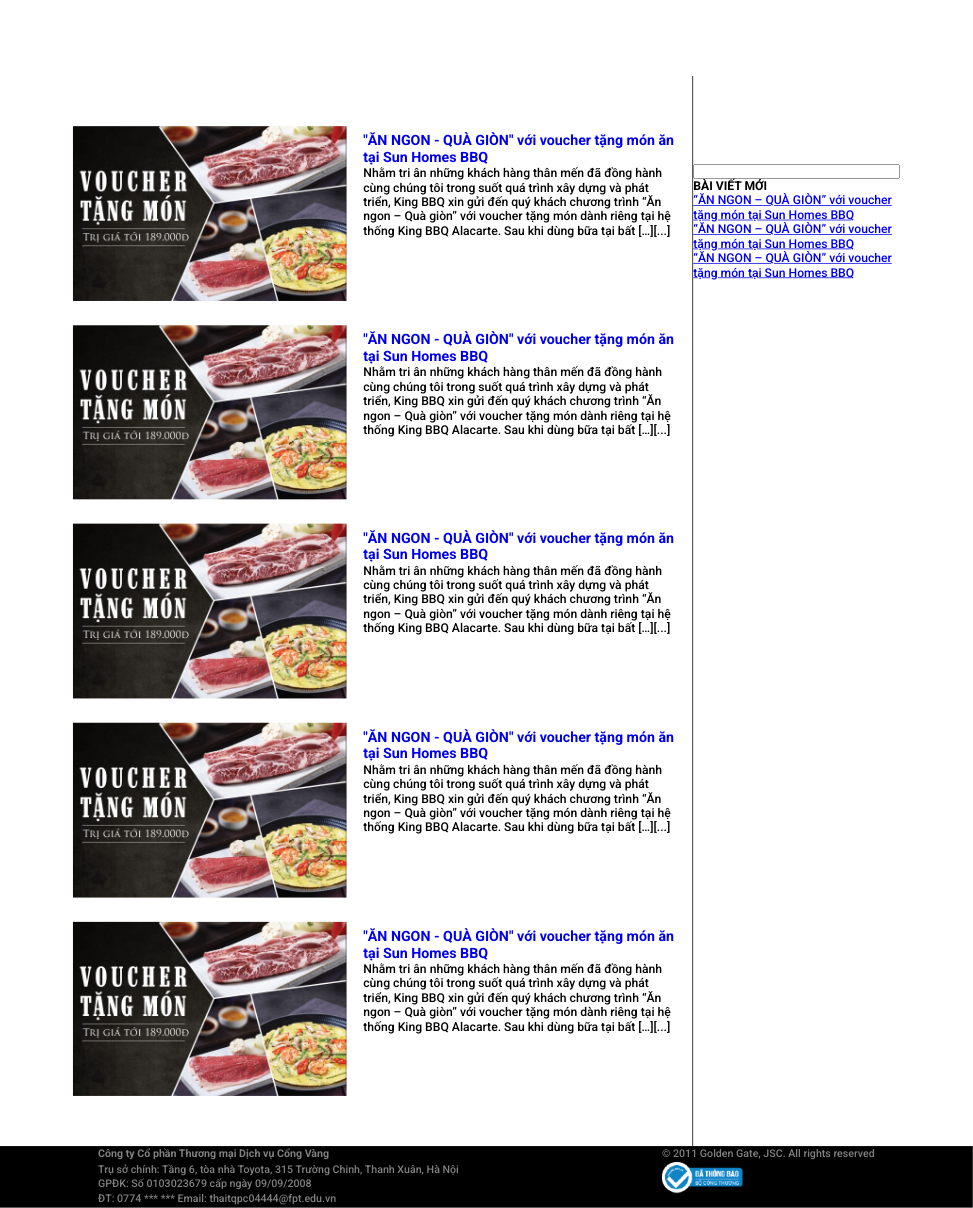
Repository: QUANGTHAI2003/sunhomesbbq
Page: TinTuc.html
These files come from the project's save history. The page is drawn as it stood at one moment and after the next save; the edit follows.
The browser window is 1280 px wide. The pictures show the whole page, at 76% of full size.
Some web fonts or font styles are not loaded; a fallback is used.

Above is the page before, as saved 2022-02-15 15:29:17.

### TinTuc.html
<!DOCTYPE html>
<html lang="en">
<head>
    <meta charset="UTF-8">
    <meta http-equiv="X-UA-Compatible" content="IE=edge">
    <meta name="viewport" content="width=device-width, initial-scale=1.0">
    <link href='https://unpkg.com/boxicons@2.1.1/css/boxicons.min.css' rel='stylesheet'>
    <link href="https://fonts.googleapis.com/css2?family=Roboto:wght@300;500;700&display=swap" rel="stylesheet">
    <link href="https://fonts.googleapis.com/css2?family=Berkshire+Swash&display=swap" rel="stylesheet">
    <link rel="stylesheet" href="style.css">
    <title>Document</title>
</head>
<body>
    <div class="main">
        <div class="TT">
            <div class="news">
                <div class="post">
                    <img src="./img/news1.jpg" alt="">
                    <div class="content-news">
                        <a href="#">
                            <h3 class="heading-TT">"ĂN NGON - QUÀ GIÒN" với voucher tặng món ăn tại Sun Homes BBQ</h3>
                        </a>
                        <p>Nhằm tri ân những khách hàng thân mến đã đồng hành cùng chúng tôi trong suốt quá trình xây dựng và phát triển, King BBQ
                        xin gửi đến quý khách chương trình “Ăn ngon – Quà giòn” với voucher tặng món dành riêng tại hệ thống King BBQ Alacarte.
                        Sau khi dùng bữa tại bất […][...]</p>
                    </div>
                </div>
                <div class="post">
                    <img src="./img/news1.jpg" alt="">
                    <div class="content-news">
                        <a href="#">
                            <h3 class="heading-TT">"ĂN NGON - QUÀ GIÒN" với voucher tặng món ăn tại Sun Homes BBQ</h3>
                        </a>
                        <p>Nhằm tri ân những khách hàng thân mến đã đồng hành cùng chúng tôi trong suốt quá trình xây dựng và phát triển,
                            King BBQ
                            xin gửi đến quý khách chương trình “Ăn ngon – Quà giòn” với voucher tặng món dành riêng tại hệ thống King BBQ
                            Alacarte.
                            Sau khi dùng bữa tại bất […][...]</p>
                    </div>
                </div>
                <div class="post">
                    <img src="./img/news1.jpg" alt="">
                    <div class="content-news">
                        <a href="#">
                            <h3 class="heading-TT">"ĂN NGON - QUÀ GIÒN" với voucher tặng món ăn tại Sun Homes BBQ</h3>
                        </a>
                        <p>Nhằm tri ân những khách hàng thân mến đã đồng hành cùng chúng tôi trong suốt quá trình xây dựng và phát triển,
                            King BBQ
                            xin gửi đến quý khách chương trình “Ăn ngon – Quà giòn” với voucher tặng món dành riêng tại hệ thống King BBQ
                            Alacarte.
                            Sau khi dùng bữa tại bất […][...]</p>
                    </div>
                </div>
                <div class="post">
                    <img src="./img/news1.jpg" alt="">
                    <div class="content-news">
                        <a href="#">
                            <h3 class="heading-TT">"ĂN NGON - QUÀ GIÒN" với voucher tặng món ăn tại Sun Homes BBQ</h3>
                        </a>
                        <p>Nhằm tri ân những khách hàng thân mến đã đồng hành cùng chúng tôi trong suốt quá trình xây dựng và phát triển,
                            King BBQ
                            xin gửi đến quý khách chương trình “Ăn ngon – Quà giòn” với voucher tặng món dành riêng tại hệ thống King BBQ
                            Alacarte.
                            Sau khi dùng bữa tại bất […][...]</p>
                    </div>
                </div>
                <div class="post">
                    <img src="./img/news1.jpg" alt="">
                    <div class="content-news">
                        <a href="#">
                            <h3 class="heading-TT">"ĂN NGON - QUÀ GIÒN" với voucher tặng món ăn tại Sun Homes BBQ</h3>
                        </a>
                        <p>Nhằm tri ân những khách hàng thân mến đã đồng hành cùng chúng tôi trong suốt quá trình xây dựng và phát triển,
                            King BBQ
                            xin gửi đến quý khách chương trình “Ăn ngon – Quà giòn” với voucher tặng món dành riêng tại hệ thống King BBQ
                            Alacarte.
                            Sau khi dùng bữa tại bất […][...]</p>
                    </div>
                </div>
            </div>
            <div class="search-news">
                <input type="search" name="" id="">
                <p><strong>BÀI VIẾT MỚI</strong></p>
                <a href="#">“ĂN NGON – QUÀ GIÒN” với voucher tặng món tại Sun Homes BBQ</a>
                <a href="#">“ĂN NGON – QUÀ GIÒN” với voucher tặng món tại Sun Homes BBQ</a>
                <a href="#">“ĂN NGON – QUÀ GIÒN” với voucher tặng món tại Sun Homes BBQ</a>
            </div>
        </div>
    </div>
    <div class="footer">
        <div class="copyright">
            <div class="address">
                <b>Công ty Cổ phần Thương mại Dịch vụ Cổng Vàng</b> <br>
                Trụ sở chính: Tầng 6, tòa nhà Toyota, 315 Trường Chinh, Thanh Xuân, Hà Nội <br>
                GPĐK: Số 0103023679 cấp ngày 09/09/2008 <br>
                ĐT: 0774 *** *** Email: thaitqpc04444@fpt.edu.vn <br>
            </div>
            <div class="logo-footer">
                © 2011 Golden Gate, JSC. All rights reserved <br>
                <img src="img/logo.png" alt="">
            </div>
        </div>
    </div>
</body>
</html>

### style.css
* {
    margin: 0;
    padding: 0;
    box-sizing: border-box;
}

html {
    scroll-behavior: smooth;
    font-family: 'Roboto', sans-serif;
}
.container {
    overflow: hidden;
}

.header {
    height: 100px;
    background-color: #000;
    position: fixed;
    top: 0;
    right: 0;
    left: 0;
}

.header img {
    padding: 8px;
    width: 350px;
}
/* Navigation bar */

.nav {
    max-width: 85%;
    display: flex;
    flex-wrap: wrap;
}

#logo {
    float: left;
    padding: 0 100px;
}

@media screen and (max-width: 1400px) {
    #logo {
        padding: 6px 50px;
    }
    .header img {
        width: 300px;
    }
    .nav a {
        font-size: 14px;
    }
}

.nav > ul {
    flex-wrap: wrap;
}

.nav li {
    list-style: none;
    line-height: 100px;
    font-weight: 500;
}

.nav li a {
    color: #c6c6c6;
    padding: 6px 15px;
    text-decoration: none;
}
.nav li a:active,
.nav li a:hover {
    color: #f3e385;
    font-weight: bold;
}
.nav li:active a {
    color: #f3e385;
    font-weight: bold;
}

.nav li:last-child a {
    border: 1px solid #c6c6c6;
    border-radius: 5px;
    text-transform: none;
}

.nav li:last-child a:hover {
    background-color: #f3e385;
    color: #000;
}
/* Content */
.content {
    height: 100vh;
}

.section-heading {
    font-family: 'Berkshire Swash', cursive;
    font-size: 30px;
    letter-spacing: 2px;
    word-spacing: 8px;
}

.content-section-sunhomes {
    display: flex;
    max-width: 85%;
    background-size: cover;
    background-position: 50% 50%;
    margin: 0 auto;
    padding: 24px;
}

.section-left-sunhomes {
    padding: 0 15px 30px;
    width: 50%;
}

.section-left-sunhomes .section-heading {
    font-size: 50px;
    margin: 0 0 15px;
}

.section-left-sunhomes .section-content {
    font-size: 16px;
    margin: 0 0 20px;
    line-height: 1.4;
    color: #777777;
}

.section-left-sunhomes .section-content span {
    font-weight: 700;
}
.section-images-sunhomes {
    flex-basis: 50%;
}

.section-images-sunhomes img {
    width: 300px;
    height: 400px;
    flex-basis: 50%;
    padding: 15px;
}

@media screen and (max-width: 1480px) {
    .section-images-sunhomes img {
        width: 280px;
    }
}

@media screen and (max-width: 1400px) {
    .section-images-sunhomes img {
        width: 250px;
    }
}

@media screen and (max-width: 1280px) {
    .section-images-sunhomes img {
        width: 200px;
    }
}

.img-1 {
    display: inline-block;
    overflow: hidden;
    position: relative;
}

.img-1 img {
    transition: all 0.5s ease-in-out;
}

.img-1:hover img {
    -webkit-transform: scale(1.1);
    transform: scale(1.1);
}

.img-2 {
    display: inline-block;
    overflow: hidden;
    position: relative;
}

.img-2 img {
    transition: all 0.5s ease-in-out;
}

.img-2:hover img {
    -webkit-transform: scale(1.1);
    transform: scale(1.1);
}

.content-section-menu {
    display: flex;
    max-width: 85%;
    background-size: cover;
    background-position: 50% 50%;
    margin: 0 auto;
    padding: 24px;
}
.section-images-menu {
    display: flex;
}

.section-right-menu {
    flex: 1;
    padding: 30px 30px;
}

.section-right-menu .section-heading {
    color: #c0c0c0;
    font-size: 50px;
    margin: 0 15px;
}

.section-right-menu .section-content {
    font-size: 16px;
    margin: 0 20px;
    line-height: 1.4;
    color: #777777;
}

.section-right-menu .section-content span {
    font-weight: 700;
}
.section-images-menu {
    flex: 1;
}

.img-3 {
    filter: grayscale(100%);
}

.img-3:hover {
    filter: grayscale(0%);
    transition: 0.8s;
}

.img-4 {
    filter: grayscale(100%);
}

.img-4:hover {
    filter: grayscale(0%);
    transition: 0.8s;
}

.img-5 {
    filter: grayscale(100%);
}

.img-5:hover {
    filter: grayscale(0%);
    transition: 0.8s;
}

.img-6 {
    filter: grayscale(100%);
}

.img-6:hover {
    filter: grayscale(0%);
    transition: 0.8s;
}

.section-images-menu img {
    width: 280px;
    height: 200px;
    flex-basis: 25%;
    padding: 15px;
}

.bg-menu {
    background-color: #000;
    height: 480px;
}

.btn-menu {
    display: inline-block;
    color: #c0c0c0;
    font-size: 18px;
    padding: 10px 20px;
    border: 1px solid #c6c6c6;
    border-radius: 5px;
    text-transform: none;
    margin: 12px 20px;
}

.btn-menu:hover {
    color: #555;
    background: #ccc;
    font-weight: bold;
}

.btn-menu .icon-menu {
    color: #c0c0c0;
    font-size: 16px;
}

.btn-menu:hover .icon-menu {
    color: #555;
    background: #ccc;
    font-weight: bold;
}

.icon-menu:hover {
    color: #ccc;
    background: #000;
}

.btn-res {
    display: inline-block;
    color: #727272;
    font-size: 18px;
    padding: 10px 20px;
    border: 1px solid #727272;
    border-radius: 5px;
    text-transform: none;
    font-weight: bold;
}

.btn-res:hover {
    color: #ccc;
    background: #555;
    font-weight: bold;
}

.btn-res .icon-menu {
    color: #000;
    font-size: 16px;
}

/* Footer */
.footer {
    background: #000;
    font-size: 14px;
    line-height: 1.4;
}

.copyright {
    display: flex;
    max-width: 80%;
    margin: 0 auto;
    justify-content: space-between;
    color: #ffffff80;
    padding: 1px;
    bottom: 0;
    top: 0;
}

.sign-now {
    background: url(./img/banner.jpg);
    background-color: rgba(0, 0, 0, 0.84);
    width: 100%;
    height: 100px;
    background-size: 100%;
}

.endow {
    max-width: 80%;
    margin: 0 auto;
    opacity: 1;
}

.sign-now span {
    color: black;
    line-height: 100px;
    margin: 0 20px;
    font-size: 18px;
    font-weight: 500;
}

.sign-now .endow #Email {
    width: 360px;
    height: 40px;
    border-radius: 20px;
    padding: 0 15px;
    margin: 0 5px 0 120px;
    background: rgba(204, 204, 204, 0.4);
    outline: none;
}

.sign-now .endow #Email::placeholder {
    color: #fff;
    font-size: 18px;
}

.sign-now .endow #sign {
    width: 150px;
    height: 40px;
    border-radius: 8px;
    background: #f3e385;
}

.sign-now .endow #sign::placeholder {
    color: #000;
    font-size: 18px;
    font-weight: bold;
}

.sign-now .endow #sign:hover {
    opacity: 0.8;
}

@media screen and (max-width: 1400px) {
    .sign-now span {
        font-size: 16px;
    }

    .sign-now .endow #Email {
        margin: 0 5px 0 60px;
        width: 200px;
    }

    .sign-now .endow #sign {
        width: 120px;
    }
}

.brand {
    display: flex;
    height: 100px;
    justify-content: space-between;
    align-items: center;
    margin: 0 auto;
    max-width: 85%;
}

.brand img {
    width: 8%;
    height: 50px;
}

.brand1 {
    filter: grayscale(100%);
}

.brand1:hover {
    filter: grayscale(0%);
    transition: 0.8s;
}

.brand2 {
    filter: grayscale(100%);
}

.brand2:hover {
    filter: grayscale(0%);
    transition: 0.8s;
}

.brand3 {
    filter: grayscale(100%);
}

.brand3:hover {
    filter: grayscale(0%);
    transition: 0.8s;
}

.brand4 {
    filter: grayscale(100%);
}

.brand4:hover {
    filter: grayscale(0%);
    transition: 0.8s;
}

.brand5 {
    filter: grayscale(100%);
}

.brand5:hover {
    filter: grayscale(0%);
    transition: 0.8s;
}

.brand6 {
    filter: grayscale(100%);
}

.brand6:hover {
    filter: grayscale(0%);
    transition: 0.8s;
}

.brand7 {
    filter: grayscale(100%);
}

.brand7:hover {
    filter: grayscale(0%);
    transition: 0.8s;
}

.brand8 {
    filter: grayscale(100%);
}

.brand8:hover {
    filter: grayscale(0%);
    transition: 0.8s;
}

.brand9 {
    filter: grayscale(100%);
}

.brand9:hover {
    filter: grayscale(0%);
    transition: 0.8s;
}

.brand10 {
    filter: grayscale(100%);
}

.brand10:hover {
    filter: grayscale(0%);
    transition: 0.8s;
}

#myBtn {
    position: fixed;
    bottom: 30px;
    right: 10px;
    float: right;
    right: 5%;
    left: 95%;
    max-width: 30px;
    width: 80px;
    height: 30px;
    font-size: 20px;
    border-color: rgba(85, 85, 85, 0.2);
    background-color: rgb(100, 100, 100);
    padding: 1px;
    border-radius: 60px;
}

.arrow {
    font-size: 20px;
    padding: 1px 0;
}

#myBtn:hover {
    opacity: 0.8;
}

/* Gioi Thieu */
.wrapper {
    display: flex;
    max-width: 85%;
    margin: 0 auto;
}

.heading-GT {
    display: inline-block;
    font-size: 24px;
    padding: 10px 90px;
    font-weight: bold;
}

.para-GT {
    line-height: 1.4;
    margin: 20px 0;
    color: #777777;
}

.Gioi-Thieu1,
.Gioi-Thieu2 {
    width: 600px;
    margin: 30px 30px;
}

.Gioi-Thieu1 img,
.Gioi-Thieu2 img {
    width: 600px;
}

@media screen and (max-width: 1400px) {
    .Gioi-Thieu1,
    .Gioi-Thieu2 {
        width: 500px;
        margin: 30px 15px;
    }

    .Gioi-Thieu1 img,
    .Gioi-Thieu2 img {
        width: 500px;
    }

    .heading-GT {
        display: inline-block;
        font-size: 20px;
        padding: 10px 70px;
        font-weight: bold;
    }
}

/* Dat Ban */

.DB {
    display: flex;
}

.set-table {
    margin: 30px 12px;
    flex: 1;
}

.set-table p {
    margin: 16px 0;
}

.set-table ul {
    list-style: none;
    margin-bottom: 80px;
}

.set-table ul li {
    margin: 8px 0;
    padding: 6px;
    border-bottom: 1px solid rgba(0, 0, 0, 0.4);
    color: #777777;
    font-size: 16px;
}

.set-table ul li .arrow-right {
    margin-right: 6px;
}

.heading-DB {
    font-size: 40px;
    font-family: 'Berkshire Swash';
}

.set-table-info {
    margin: 25px 12px 15px;
    flex: 1;
}

.set-table-info input {
    border: 1px solid #c6c6c6;
    display: inline-block;
    width: 90%;
    height: 40px;
    margin: 8px 0;
    border-radius: 4px;
    padding: 0 5px;
    outline: none;
    box-shadow: rgba(0, 0, 0, 0.35) 0px 5px 15px;
}

.set-table-info input:focus {
    box-shadow: inset rgba(0, 0, 0, 0.35) 0px 5px 15px;
}

.wrapper .set-table-info #sign {
    width: 140px;
    background-color: #f3e385;
    font-size: 16px;
}

.wrapper .set-table-info #sign:hover {
    box-shadow: inset rgba(0, 0, 0, 0.35) 0px 5px 15px;
    opacity: 0.8;
    cursor: pointer;
    font-weight: bold;
}

/* Thuc don */

.heading-menu {
    display: inline-block;
    position: relative;
    left: 50%;
    transform: translateX(-50%);
    font-size: 36px;
    font-weight: bold;
    padding: 24px;
}

.heading-food {
    margin: 10px 12px;
    font-size: 26px;
    font-weight: bold;
}

.contain {
    width: 85%;
    margin: 0 auto;
    padding: 40px;
    border: 1px solid #c6c6c6;
}

.menu-foods {
    display: flex;
    flex-wrap: wrap;
}

.menu-food {
    width: 360px;
    height: 200px;
    margin: 0 20px 520px 20px;
}

.menu-food .food {
    width: 380px;
    border-radius: 4px;
}

.list-food ul {
    list-style: none;
}

.list-food ul li {
    font-size: 18px;
    border-bottom: 1px solid rgba(148, 134, 134, 0.26);
    padding: 5px 0;
}

.list-food ul li .bx-check {
    margin: 0 8px;
    color: rgba(16, 134, 5, 0.6);
    font-weight: bold;
    font-size: 24px;
}

/* Tuyen dung */

.TD {
    display: flex;
    margin-bottom: 10px;
}

.heading-recruit {
    font-size: 40px;
    font-weight: bold;
    font-family: 'Berkshire Swash';
    padding-top: 20px;
}

.recruit {
    flex: 1;
    margin-right: 30px;
    display: inline-block;
}

.recruit p {
    padding-top: 20px;
    color: #777777;
}

.recruit ul {
    padding-top: 20px;
    list-style: none;
}

.recruit ul li {
    padding: 6px;
    margin: 8px 0;
    border-bottom: 1px solid rgba(0, 0, 0, 0.4);
    font-size: 16px;
    color: #777777;
}

.recruit ul li .bx-check {
    margin: 0 8px;
    color: rgba(16, 134, 5, 0.6);
    font-weight: bold;
    font-size: 24px;
}

.recruit p a {
    color: #334862;
    text-decoration: none;
}

.recruit p a:hover {
    color: #000;
}

.img-TD {
    margin-left: 30px;
    flex: 1;
}

.img-TD img {
    width: 100%;
    height: 70%;
    margin: 16px 8px;
    padding-top: 30px;
}

/* Lien he */

.LH {
    display: flex;
}

.info-LH {
    flex: 1;
}
.heading-LH {
    font-size: 40px;
    font-weight: bold;
    font-family: 'Berkshire Swash';
    padding-top: 20px;
}
.info-LH p {
    padding-top: 20px;
    color: #777777;
}

.info-LH ul {
    padding-top: 20px;
    list-style: none;
}

.info-LH ul li {
    padding: 6px;
    margin: 8px 0;
    font-size: 16px;
    color: #777777;
}
.enter-info {
    flex: 1;
    margin: 25px 12px 15px;
}

.enter-info input {
    border: 1px solid #c6c6c6;
    display: inline-block;
    width: 90%;
    height: 40px;
    margin: 8px 0;
    border-radius: 4px;
    padding: 0 5px;
    outline: none;
    box-shadow: rgba(0, 0, 0, 0.35) 0px 5px 15px;
}

.enter-info input:hover {
    box-shadow: inset rgba(0, 0, 0, 0.35) 0px 5px 15px;
}

.enter-info textarea {
    border: 1px solid #c6c6c6;
    display: inline-block;
    width: 90%;
    margin: 8px 0;
    border-radius: 4px;
    padding: 5px;
    outline: none;
    box-shadow: rgba(0, 0, 0, 0.35) 0px 5px 15px;
}

.enter-info textarea:hover {
    box-shadow: inset rgba(0, 0, 0, 0.35) 0px 5px 15px;
}

/* Tin tuc */

.main {
    max-height: 80%;
    max-width: 85%;
    margin: 0 auto;
}

.TT {
    display: flex;
    padding-top: 100px;
    max-height: 100%;
}

.news {
    display: flex;
    flex-direction: column;
    justify-content: space-between;
    flex: 3;
    padding: 50px 0;
    border-right: 1px solid #000;
}

.content-news {
    padding: 8px 6px;
    margin: 0 16px;
}

.content-news a {
    padding: 4px 0;
    text-decoration: none;
}

.heading-TT::after {
    content: '';
    display: inline-block;
    width: 8px;
    height: 1px;
}

.search-news {
    flex: 1;
    display: flex;
    flex-direction: column;
    padding: 100px 0;
    margin: 16px 0;
}

.post {
    display: flex;
    margin: 16px 0;
}

.post img {
    width: 360px;
}

After the next save:
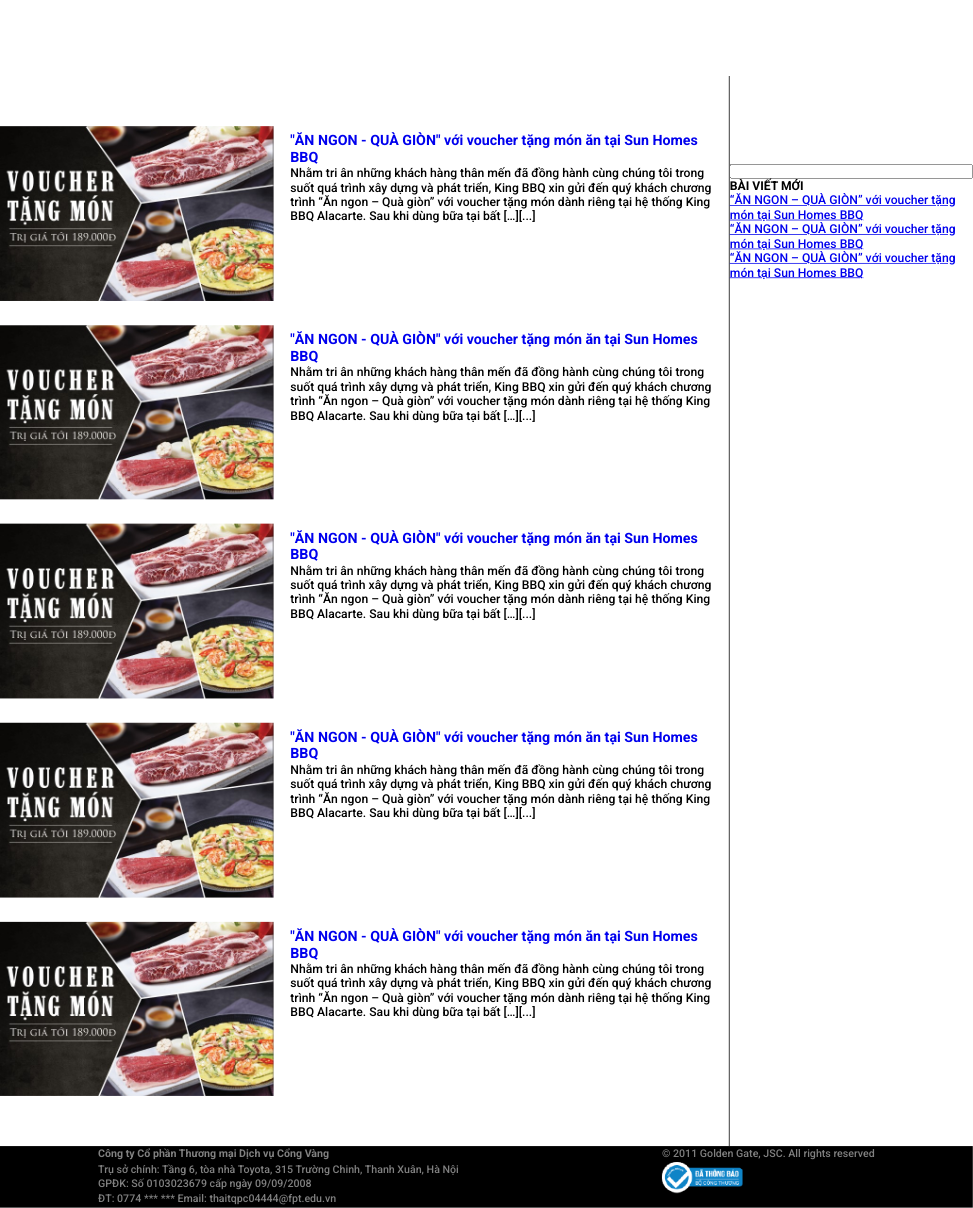
Saved 25 s later.
--- a/style.css
+++ b/style.css
@@ -857,12 +857,6 @@
 
 /* Tin tuc */
 
-.main {
-    max-height: 80%;
-    max-width: 85%;
-    margin: 0 auto;
-}
-
 .TT {
     display: flex;
     padding-top: 100px;

After the save that followed:
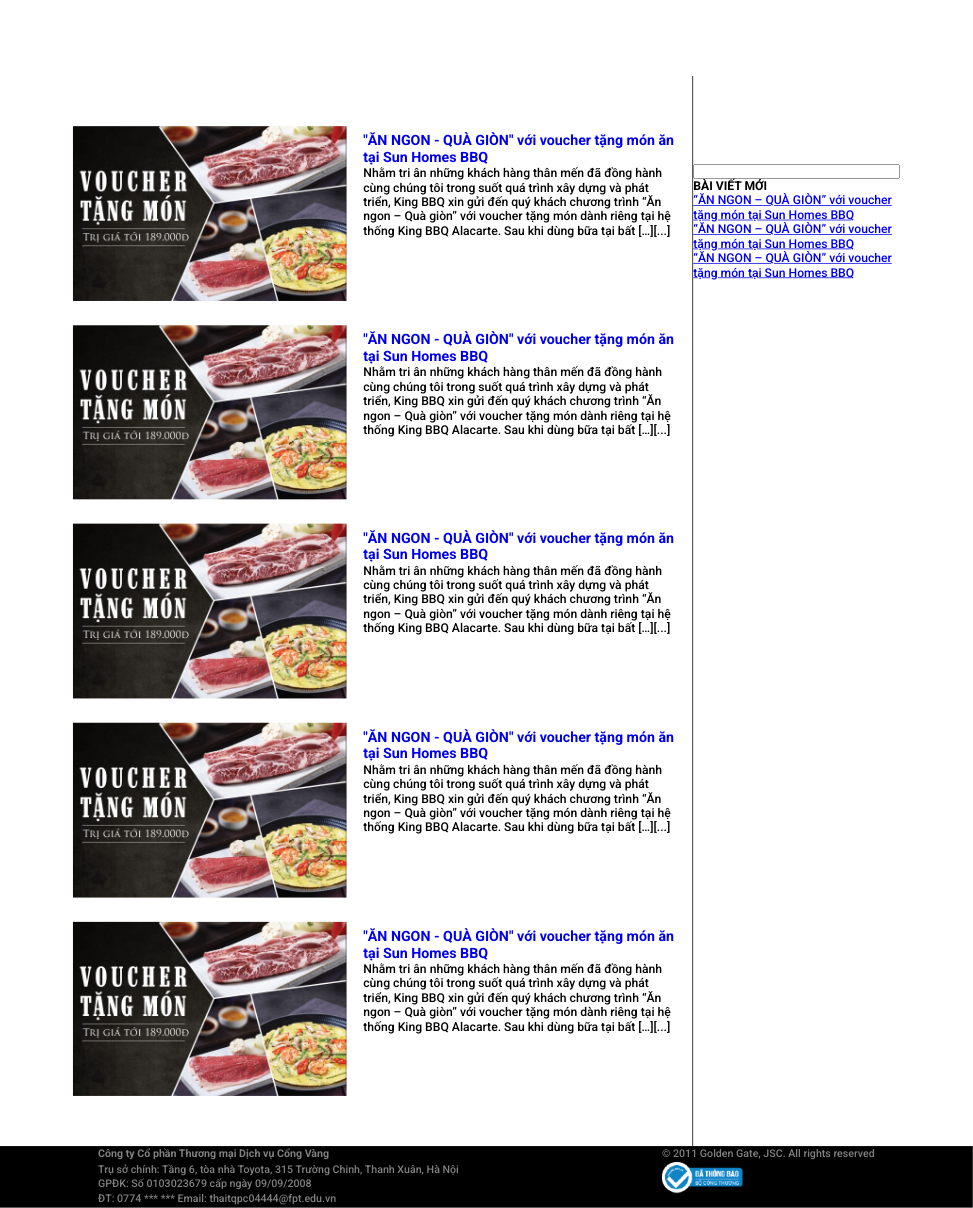
Saved 7 s later.
--- a/TinTuc.html
+++ b/TinTuc.html
@@ -11,7 +11,7 @@
     <title>Document</title>
 </head>
 <body>
-    <div class="main">
+    <div class="wrapper">
         <div class="TT">
             <div class="news">
                 <div class="post">
